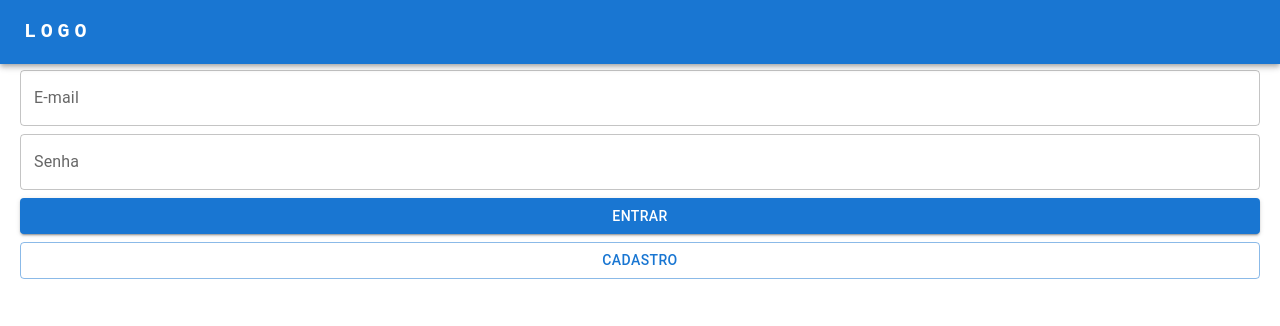
Repository: GabrielLeao02/sistema-react
Page: /register
These files come from the project's save history. The page is drawn as it stood at one moment and after the next save; the edit follows.
The browser window is 1280 px wide. The pictures show the whole page.
The project was rebuilt for these pictures with package versions that can differ from the ones it lists, and the page was loaded fresh each time. Also part of the build but not shown: src/presenter/home/home.tsx, src/presenter/form/formUser.tsx.

Above is the page before, as saved 2023-07-25 13:52:52.

### index.html
<!DOCTYPE html>
<html lang="en">
  <head>
    <meta charset="UTF-8" />
    <link rel="icon" type="image/svg+xml" href="/vite.svg" />
    <meta name="viewport" content="width=device-width, initial-scale=1.0" />
    <title>Vite + React + TS</title>
    <style>
      html, body{
        margin: 0;
        padding: 0;
        box-sizing: border-box;
      }
    </style>
  </head>
  <body>
    <div id="root"></div>
    <script type="module" src="/src/main.tsx"></script>
  </body>
</html>

### src/App.tsx

import { Routes, Route, BrowserRouter } from 'react-router-dom';
import Home from './presenter/home/home';
import Register from './presenter/register/register';
import NavBar from './presenter/navBar/navBar';
import ContainerGlobal from './presenter/containerGlobal/containerGlobal';
import ContainerStyled from './presenter/containerGlobal/containerStyled';

function App() {
	return (
		<>
			<NavBar />
			<ContainerGlobal>

					<BrowserRouter>
						<Routes>
							<Route path='/' element={<Register />} />
							<Route path='/home' element={<ContainerStyled><Home /></ContainerStyled>} />
							<Route path='/register' element={<Register />} />
						</Routes>
					</BrowserRouter>

			</ContainerGlobal>
		</>
	);
}

export default App;

### src/presenter/register/register.tsx
import { useState } from 'react';
import FormUser from "../form/formUser";
import FormLogin from "../form/formLogin";

function Register() {
    const [mostrarBotao, setMostrarBotao] = useState(false);

    return (
        <>
            {mostrarBotao ? <FormUser setMostrarBotao={setMostrarBotao} /> : <FormLogin setMostrarBotao={setMostrarBotao} />}
        </>
    );
}

export default Register;

### src/presenter/navBar/navBar.tsx
import * as React from 'react';
import AppBar from '@mui/material/AppBar';
import Box from '@mui/material/Box';
import Toolbar from '@mui/material/Toolbar';
import IconButton from '@mui/material/IconButton';
import Typography from '@mui/material/Typography';
import Menu from '@mui/material/Menu';
import MenuIcon from '@mui/icons-material/Menu';
import Container from '@mui/material/Container';
import Avatar from '@mui/material/Avatar';
import Button from '@mui/material/Button';
import Tooltip from '@mui/material/Tooltip';
import MenuItem from '@mui/material/MenuItem';
import { styled } from "styled-components";

const NavBarStyled = styled.div`
  box-sizing: border-box;
  position: absolute;
  top: 0;
  width: 100%;
  display: flex;
  border: non;
  justify-content: space-between;
  align-items: center;
`;

const pages = ['register', 'Pricing', 'Blog'];
const settings = ['Profile', 'Account', 'Dashboard', 'Logout'];

const NavBar: React.VFC = () => {
    const [anchorElNav, setAnchorElNav] = React.useState<null | HTMLElement>(null);
    const [anchorElUser, setAnchorElUser] = React.useState<null | HTMLElement>(null);

    const handleOpenNavMenu = (event: React.MouseEvent<HTMLElement>) => {
        setAnchorElNav(event.currentTarget);
    };
    const handleOpenUserMenu = (event: React.MouseEvent<HTMLElement>) => {
        setAnchorElUser(event.currentTarget);
    };

    const handleCloseNavMenu = (event: string) => {
        window.location.href = "/" + event;
    };

    const handleCloseUserMenu = () => {
        setAnchorElUser(null);
    };

    return (
        <NavBarStyled>
            <AppBar position="static">
                <Container maxWidth="xl">
                    <Toolbar disableGutters>
                        <Typography
                            variant="h6"
                            noWrap
                            component="a"
                            href="/home"
                            sx={{
                                fontFamily: 'monospace',
                                fontWeight: 700,
                                letterSpacing: '.3rem',
                                color: 'inherit',
                                textDecoration: 'none',
                            }}
                        >
                            LOGO
                        </Typography>

                        {/* <Box sx={{ flexGrow: 1, display: { xs: 'flex', md: 'none' } }}>
                            <IconButton
                                size="large"
                                aria-label="account of current user"
                                aria-controls="menu-appbar"
                                aria-haspopup="true"
                                onClick={handleOpenNavMenu}
                                color="inherit"
                            >
                                <MenuIcon />
                            </IconButton>
                            <Menu
                                id="menu-appbar"
                                anchorEl={anchorElNav}
                                anchorOrigin={{
                                    vertical: 'bottom',
                                    horizontal: 'left',
                                }}
                                keepMounted
                                transformOrigin={{
                                    vertical: 'top',
                                    horizontal: 'left',
                                }}
                                open={Boolean(anchorElNav)}
                                onClose={handleCloseNavMenu}
                                sx={{
                                    display: { xs: 'block', md: 'none' },
                                }}
                            >
                                {pages.map((page) => (
                                    <MenuItem key={page} onClick={() => handleCloseNavMenu(page)}>
                                        <Typography textAlign="center">{page}</Typography>
                                    </MenuItem>
                                ))}
                            </Menu>
                        </Box>

                        <Box sx={{ flexGrow: 1, display: { xs: 'none', md: 'flex' } }}>
                            {pages.map((page) => (
                                <Button
                                    key={page}
                                    onClick={() => handleCloseNavMenu(page)}
                                    sx={{ my: 2, color: 'white', display: 'block' }}
                                >
                                    {page}
                                </Button>
                            ))}
                        </Box> */}

                        {/* <Box sx={{ flexGrow: 0 }}>
                            <Tooltip title="Open settings">
                                <IconButton onClick={handleOpenUserMenu} sx={{ p: 0 }}>
                                    <Avatar alt="Remy Sharp" src="/static/images/avatar/2.jpg" />
                                </IconButton>
                            </Tooltip>
                            <Menu
                                sx={{ mt: '45px' }}
                                id="menu-appbar"
                                anchorEl={anchorElUser}
                                anchorOrigin={{
                                    vertical: 'top',
                                    horizontal: 'right',
                                }}
                                keepMounted
                                transformOrigin={{
                                    vertical: 'top',
                                    horizontal: 'right',
                                }}
                                open={Boolean(anchorElUser)}
                                onClose={handleCloseUserMenu}
                            >
                                {settings.map((setting) => (
                                    <MenuItem key={setting} onClick={handleCloseUserMenu}>
                                        <Typography textAlign="center">{setting}</Typography>
                                    </MenuItem>
                                ))}
                            </Menu>
                        </Box> */}
                    </Toolbar>
                </Container>
            </AppBar>
        </NavBarStyled>
    );
};

export default NavBar;

### src/presenter/containerGlobal/containerGlobal.tsx
import styled from "styled-components";

const ContainerGlobal = styled.div`
    padding: 20px;
    box-sizing: border-box;
    width: 100%;
    display: flex;
    justify-content: center;

`
export default ContainerGlobal

### src/presenter/containerGlobal/containerStyled.tsx
import styled from "styled-components";

const ContainerStyled = styled.div`
  box-sizing: border-box;
  display: flex;
  justify-content: center;
  flex-direction: column;
  align-items: start;
  margin-top: 80px;
  width: 80%;
  max-width: 800px;
  background: rgba( 255, 255, 255, 0.35 );
  box-shadow: 0 8px 32px 0 rgba( 31, 38, 135, 0.37 );
  backdrop-filter: blur( 13.5px );
  -webkit-backdrop-filter: blur( 13.5px );
  border-radius: 10px;
  border: 1px solid rgba( 255, 255, 255, 0.18 );
  padding: 20px;
`;
export default ContainerStyled

### src/presenter/form/formLogin.tsx
import React, { useState } from "react";


import styled from "styled-components";
import { SelectChangeEvent, Button, TextField, Typography } from '@mui/material';
import sha256 from 'sha256';


const FormStyled = styled.div`
  box-sizing: border-box;
  display: flex;
  flex-direction: column;
  width: 100%;
  gap: 8px;
`;

type FormLoginProps = {
    setMostrarBotao: (value: boolean) => void;
};

function FormLogin({ setMostrarBotao }: FormLoginProps) {
    const [usuario_email_error, setUsuarioEmailError] = useState(false);
    const [emailErrorText, setEmailErrorText] = useState("");
    const [loading, setLoading] = useState(false);
    const [errorLogin, setErrorLogin] = useState(false);
    const [formData, setFormData] = useState({
        usuario_email: "",
        usuario_senha: ""
    });

    const handleChange = (e: SelectChangeEvent<string[]> | React.ChangeEvent<{ name: string; value: unknown }>) => {
        const { name, value } = e.target as HTMLInputElement;
        setFormData((prevData) => ({ ...prevData, [name]: value }));
    };

    const isEmailValid = (email: string) => {
        // Expressão regular para validar o email
        const emailRegex = /^[^\s@]+@[^\s@]+\.[^\s@]+$/;
        return emailRegex.test(email);
    };

    const login = () => {
        // Lógica do login

        // Após o login ser realizado com sucesso, chame a função setMostrarBotao
        setMostrarBotao(true);
    };

    const handleSubmit = async () => {
        setLoading(true)
        try {
            const { usuario_email, usuario_senha } = formData;

            if (!isEmailValid(usuario_email)) {
                setUsuarioEmailError(true)
                setEmailErrorText("Insira um email valido!")
                setLoading(false)
                return;
            } else {
                setUsuarioEmailError(false)
                setEmailErrorText("")
            }


            //   formData.usuario_senha = hashedPassword;
            const hashedPassword = sha256(usuario_senha);
            formData.usuario_senha = hashedPassword;

            const response = await fetch("http://localhost:5000/login", {
                method: "POST",
                headers: {
                    "Content-Type": "application/json",
                },
                body: JSON.stringify(formData),
            });

            if (!response.ok) {
                setLoading(false)
                throw new Error("Erro ao logar");
            } else {
                window.location.href = "/home";
            }

            setFormData({
                usuario_email: "",
                usuario_senha: ""
            });
        } catch (error) {
            console.error(error);
        }
    };

    return (
        <>
            <FormStyled>
                <div style={{ display: "flex", justifyContent: "start", alignItems: "center" }}>
                    <Typography variant="h4" >Login</Typography>
                    {errorLogin ? <h1>teste</h1> : <></>}
                </div>

                <TextField
                    id="usuario_email"
                    name="usuario_email"
                    error={usuario_email_error}
                    label="E-mail"
                    type="email"
                    variant="outlined"
                    value={formData.usuario_email}
                    onChange={handleChange}
                    helperText={emailErrorText}
                />
                <TextField
                    id="usuario_senha"
                    name="usuario_senha"
                    label="Senha"
                    type="password"
                    variant="outlined"
                    value={formData.usuario_senha}
                    onChange={handleChange}
                />

                <Button variant="contained" onClick={handleSubmit}>
                    {loading ? "Carregando..." : "Entrar"}
                </Button>
                <Button variant="outlined" onClick={login}>Cadastro</Button>
            </FormStyled>
        </>
    );
}

export default FormLogin;

Loaded but not shown: src/main.tsx (common file)

After the next save:
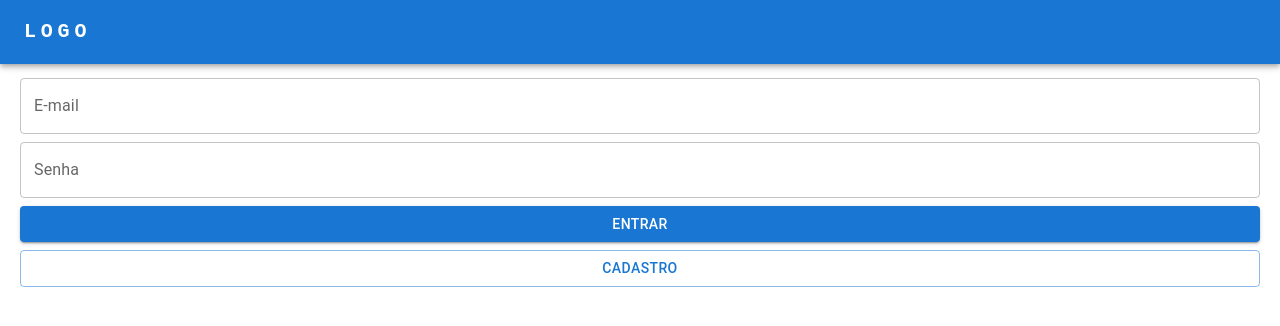
Saved 71 min 39 s later.
--- a/src/presenter/form/formLogin.tsx
+++ b/src/presenter/form/formLogin.tsx
@@ -2,7 +2,7 @@
 
 
 import styled from "styled-components";
-import { SelectChangeEvent, Button, TextField, Typography } from '@mui/material';
+import { SelectChangeEvent, Button, TextField, Typography, Box } from '@mui/material';
 import sha256 from 'sha256';
 
 
@@ -93,9 +93,12 @@
     return (
         <>
             <FormStyled>
+                <Box>
+                <Typography variant="h4" >Login</Typography>
+                    {errorLogin ? <h1>teste</h1> : <></>}
+                </Box>
                 <div style={{ display: "flex", justifyContent: "start", alignItems: "center" }}>
-                    <Typography variant="h4" >Login</Typography>
-                    {errorLogin ? <h1>teste</h1> : <></>}
+
                 </div>
 
                 <TextField

After the save that followed:
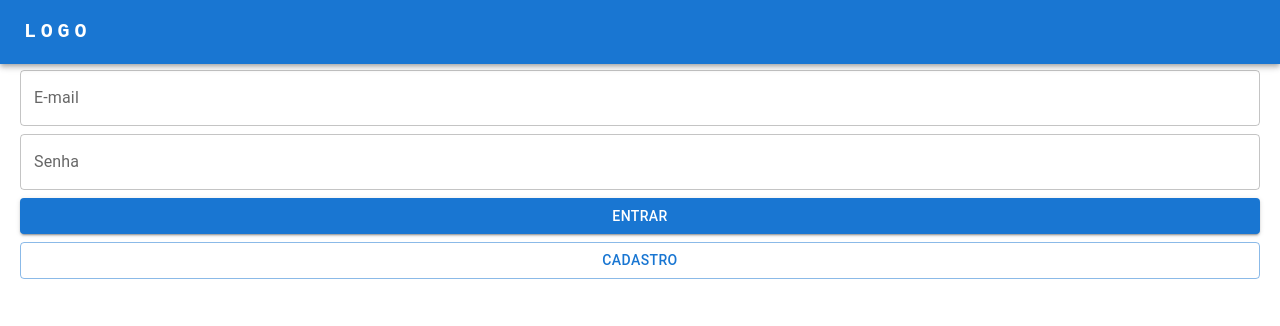
Saved 63 s later.
--- a/src/presenter/form/formLogin.tsx
+++ b/src/presenter/form/formLogin.tsx
@@ -94,12 +94,9 @@
         <>
             <FormStyled>
                 <Box>
-                <Typography variant="h4" >Login</Typography>
+                    <Typography variant="h4" >Login</Typography>
                     {errorLogin ? <h1>teste</h1> : <></>}
                 </Box>
-                <div style={{ display: "flex", justifyContent: "start", alignItems: "center" }}>
-
-                </div>
 
                 <TextField
                     id="usuario_email"
